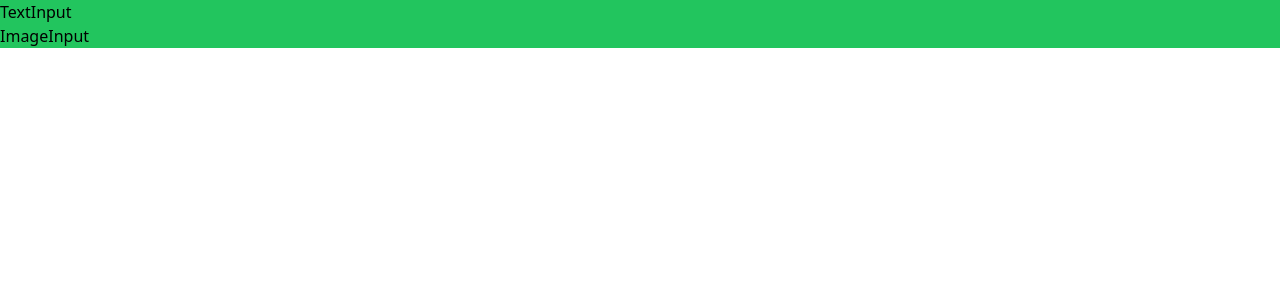
Repository: Marhamat92/booksappwithcontext
Page: /
An editor plug-in stored every save of this project. The page is shown before and after the next save, followed by the edit.
The browser window is 1280 px wide. The pictures show the whole page.
The project was rebuilt for these pictures with package versions that can differ from the ones it lists, and the page was loaded fresh each time. Also part of the build but not shown: src/App.css.

Above is the page before, as saved 2022-12-07 13:45:20.

### src/App.tsx
import "./App.css";
import ImageInput from "./components/Inputs/ImageInput";
import TextInput from "./components/Inputs/TextInput";

function App() {
  return (
    <div>
      <div className='bg-green-500'>
        <TextInput />
        <ImageInput />
      </div>
    </div>
  );
}

export default App;

### src/components/Inputs/ImageInput.tsx
import React from "react";

type Props = {};

function ImageInput({}: Props) {
  return <div>ImageInput</div>;
}

export default ImageInput;

### src/components/Inputs/TextInput.tsx
import React from "react";

type Props = {};

function TextInput({}: Props) {
  return <div>TextInput</div>;
}

export default TextInput;

Loaded but not shown: public/index.html (common file); src/index.tsx (common file); src/index.css (common file); tailwind.config.js (common file)

After the next save:
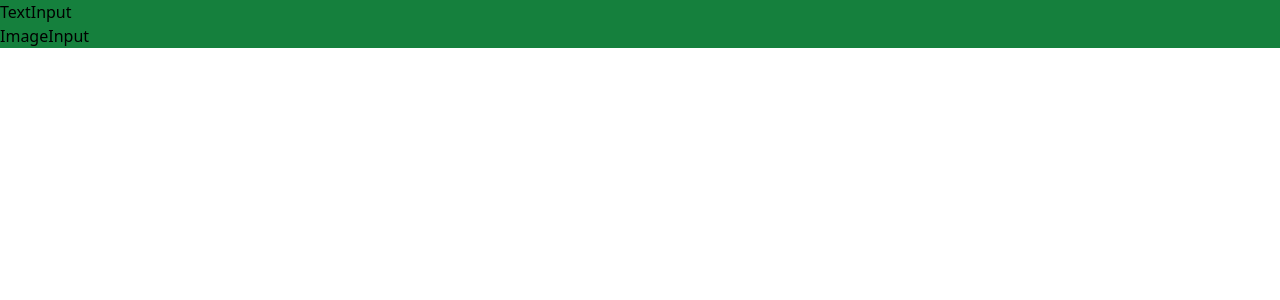
Saved 7 s later.
--- a/src/App.tsx
+++ b/src/App.tsx
@@ -5,7 +5,7 @@ import TextInput from "./components/Inputs/TextInput";
 function App() {
   return (
     <div>
-      <div className='bg-green-500'>
+      <div className='bg-green-700'>
         <TextInput />
         <ImageInput />
       </div>
